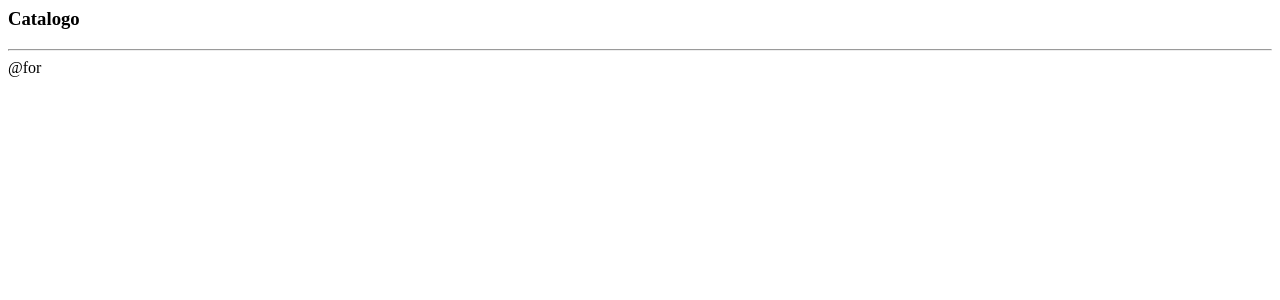
Repository: JoanOrobio77/Online_Store_Angular
Page: src/app/pages/catalogo/catalogo.html
These files come from the project's save history. The page is drawn as it stood at one moment and after the next save; the edit follows.
The browser window is 1280 px wide. The pictures show the whole page.

Above is the page before, as saved 2025-06-26 03:53:55.

After the next save:
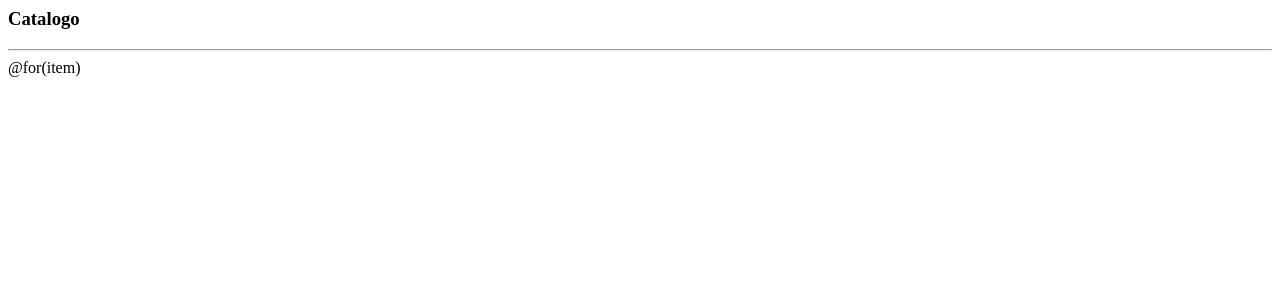
Saved 6 s later.
--- a/src/app/pages/catalogo/catalogo.html
+++ b/src/app/pages/catalogo/catalogo.html
@@ -3,6 +3,6 @@
     <hr />
 
     <div class="row">
-        @for
+        @for(item)
     </div>
 </div>
